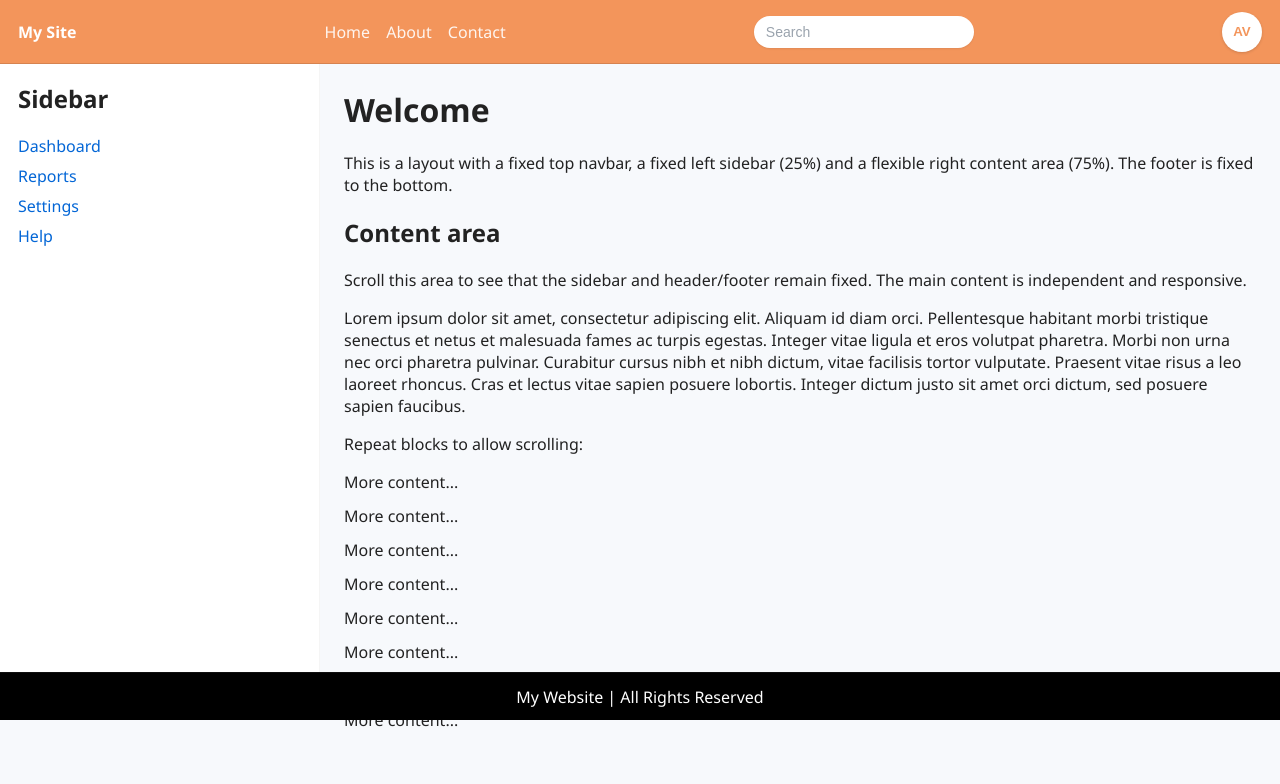
Repository: AdityaTech-Pro/FullStackWithBridgelabz
Page: Assignment8/WebPageWithFixedNavbarAndFooter/index.html
These files come from the project's save history. The page is drawn as it stood at one moment and after the next save; the edit follows.
The browser window is 1280 px wide. The pictures show the whole page.

Above is the page before, as saved 2025-11-05 09:32:25.

After the next save:
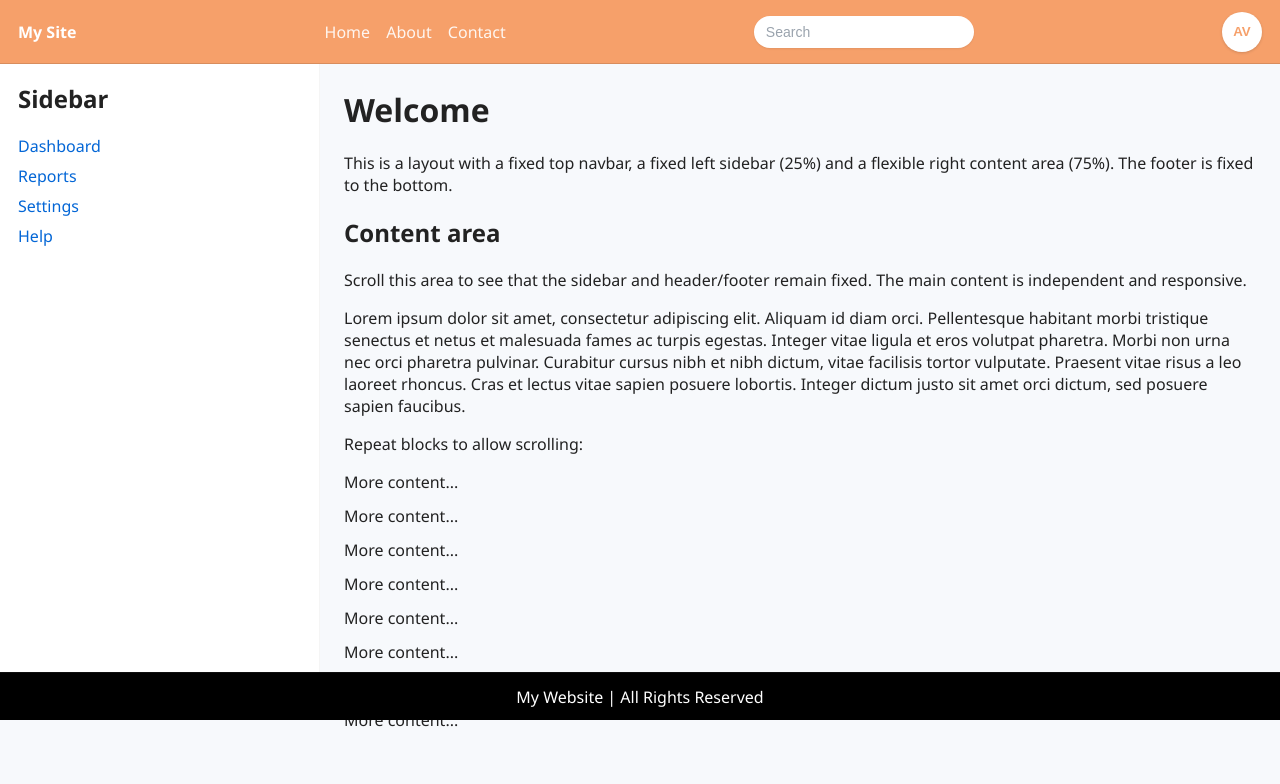
Saved 9 s later.
--- a/Assignment8/WebPageWithFixedNavbarAndFooter/styles.css
+++ b/Assignment8/WebPageWithFixedNavbarAndFooter/styles.css
@@ -5,7 +5,7 @@
   --gap: 16px;
   --bg: #f7f9fc;
   --accent: #0366d6;
-  --header-bg: #f3955bff; /* coffee brown */
+  --header-bg: #f6a06aff; /* coffee brown */
   --header-text: #ffffff;
   --footer-bg: #000000;
   --footer-text: #ffffff;

After the save that followed:
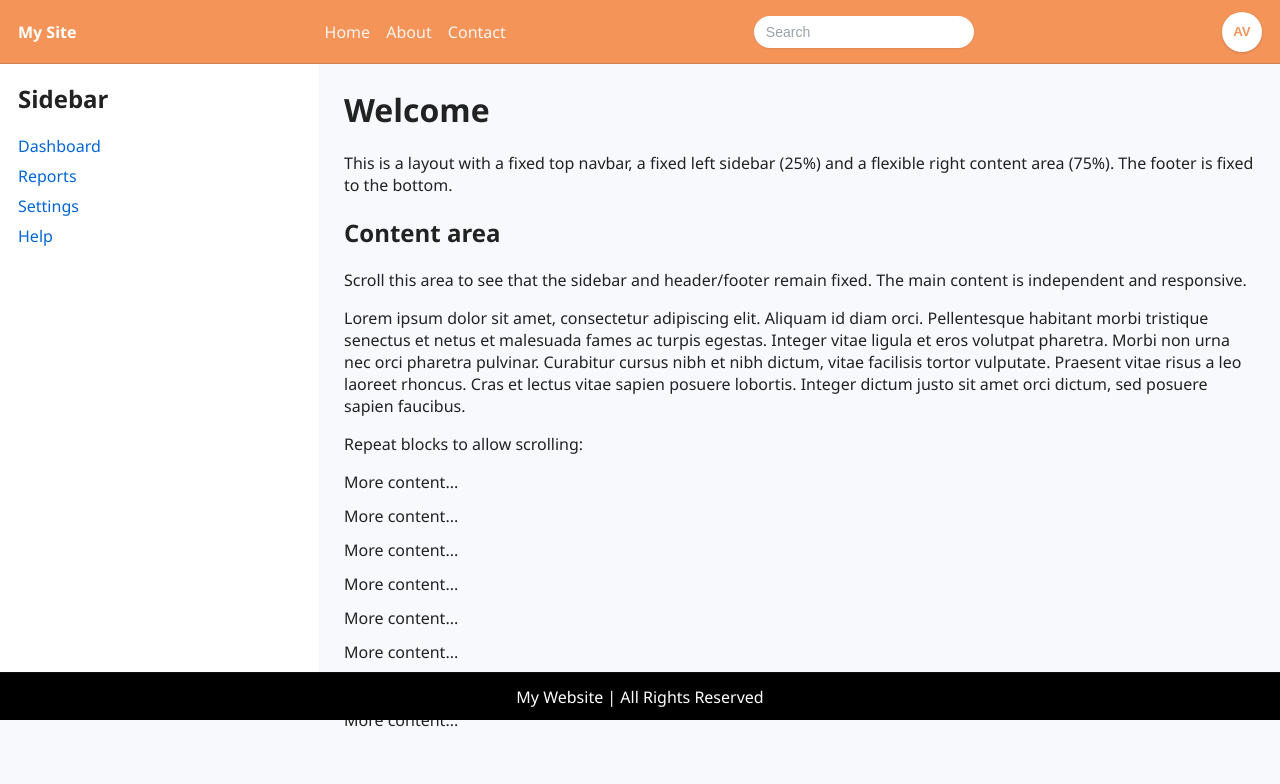
Saved 7 s later.
--- a/Assignment8/WebPageWithFixedNavbarAndFooter/styles.css
+++ b/Assignment8/WebPageWithFixedNavbarAndFooter/styles.css
@@ -5,7 +5,7 @@
   --gap: 16px;
   --bg: #f7f9fc;
   --accent: #0366d6;
-  --header-bg: #f6a06aff; /* coffee brown */
+  --header-bg: #f59459ff; /* coffee brown */
   --header-text: #ffffff;
   --footer-bg: #000000;
   --footer-text: #ffffff;
